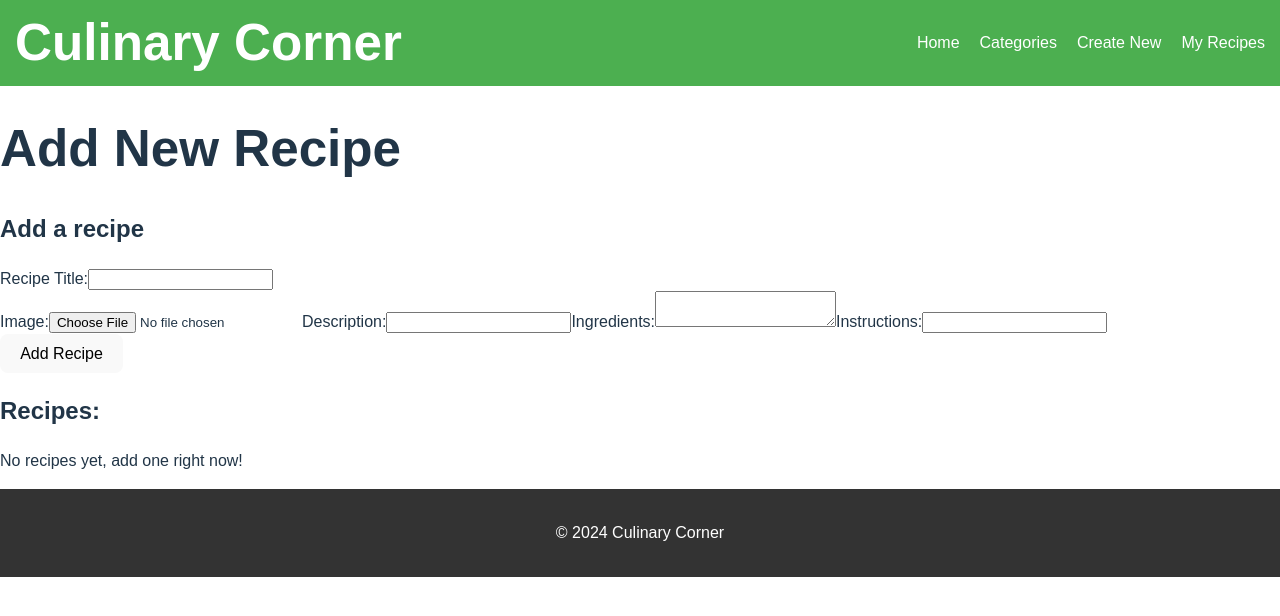
Repository: danielder10/Mon-Jumi-Daniel-FrontEnd-Project
Page: /add-new-recipe
These files come from the project's save history. The page is drawn as it stood at one moment and after the next save; the edit follows.
The browser window is 1280 px wide. The pictures show the whole page.
The project was rebuilt for these pictures with package versions that can differ from the ones it lists, and the page was loaded fresh each time. Also part of the build but not shown: vite.config.js, src/Home.jsx, src/Categories.jsx, src/MyRecipes.jsx, src/RecipesDetails.jsx.

Above is the page before, as saved 2024-11-16 01:09:16.

After the next save:
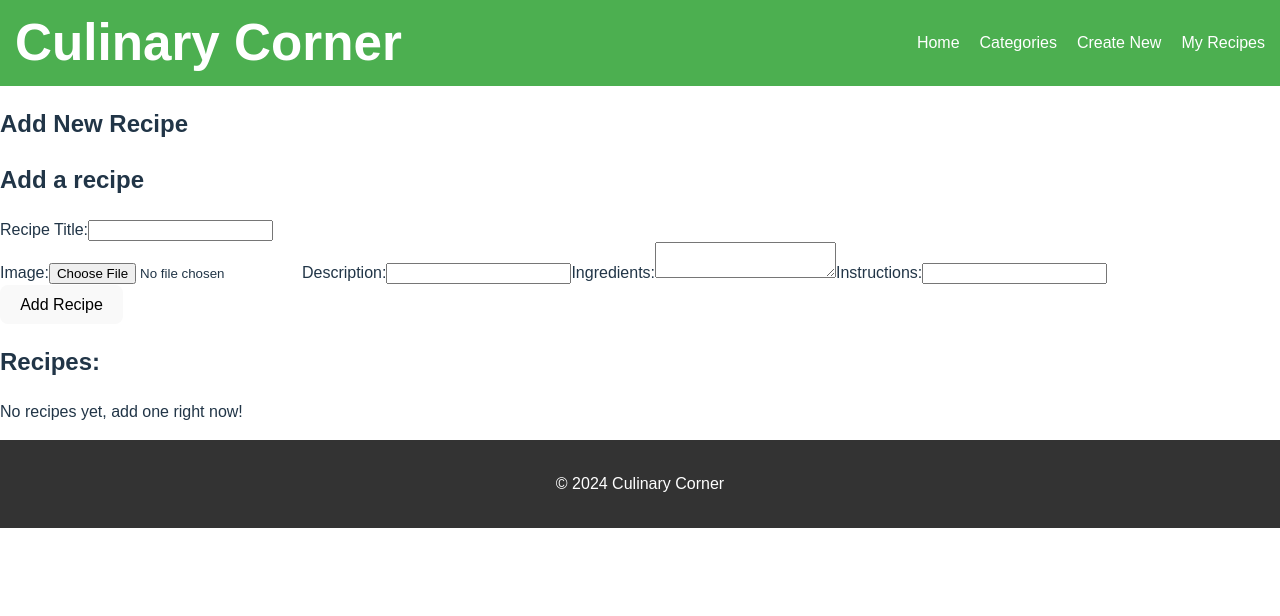
Saved 15 s later.
--- a/src/AddNewRecipe.jsx
+++ b/src/AddNewRecipe.jsx
@@ -13,7 +13,7 @@ export default function AddNewRecipe() {
   return (
     <>
         <div>
-            <h1>Add New Recipe</h1>
+            <h2>Add New Recipe</h2>
             <AddRecipeForm onAddRecipe={handleAddRecipe} />
             <div>
                 <h2>Recipes:</h2>
